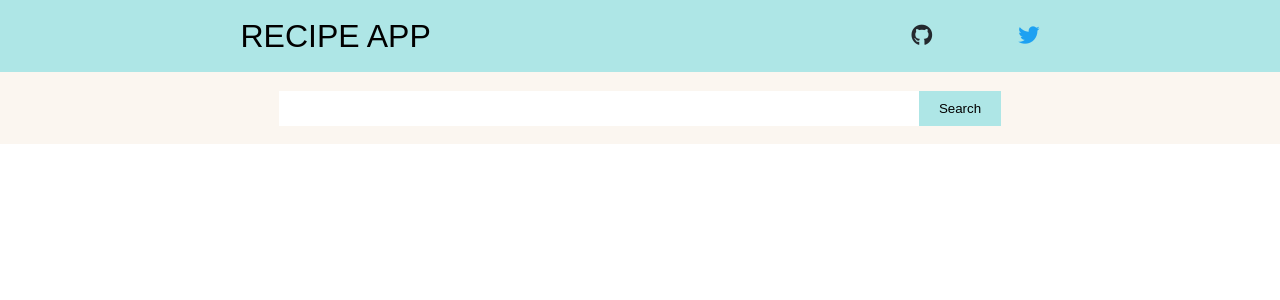
Repository: nilesjamex/recipe-app
Page: /
These files come from the project's save history. The page is drawn as it stood at one moment and after the next save; the edit follows.
The browser window is 1280 px wide. The pictures show the whole page.
The page's requests for data from a server got no answer. The project was rebuilt for these pictures with package versions that can differ from the ones it lists, and the page was loaded fresh each time. No one was signed in, and anything a server would have sent is missing. Also part of the build but not shown: src/components/Recipe.js.

Above is the page before, as saved 2020-11-30 12:27:02.

### public/index.html
<!DOCTYPE html>
<html lang="en">
  <head>
    <meta charset="utf-8" />
    <link rel="icon" href="%PUBLIC_URL%/favicon.ico" />
    <link rel="stylesheet" href="https://use.fontawesome.com/releases/v5.15.1/css/all.css" integrity="sha384-vp86vTRFVJgpjF9jiIGPEEqYqlDwgyBgEF109VFjmqGmIY/Y4HV4d3Gp2irVfcrp" crossorigin="anonymous">
    <meta name="viewport" content="width=device-width, initial-scale=1" />
    <meta name="theme-color" content="#000000" />
    <meta
      name="description"
      content="A Recipe App for searching food recipe contents"
    />
    <link rel="apple-touch-icon" href="%PUBLIC_URL%/logo192.png" />
    <!--
      manifest.json provides metadata used when your web app is installed on a
      user's mobile device or desktop. See https://developers.google.com/web/fundamentals/web-app-manifest/
    -->
    <link rel="manifest" href="%PUBLIC_URL%/manifest.json" />
    <!--
      Notice the use of %PUBLIC_URL% in the tags above.
      It will be replaced with the URL of the `public` folder during the build.
      Only files inside the `public` folder can be referenced from the HTML.

      Unlike "/favicon.ico" or "favicon.ico", "%PUBLIC_URL%/favicon.ico" will
      work correctly both with client-side routing and a non-root public URL.
      Learn how to configure a non-root public URL by running `npm run build`.
    -->
    <title>Recipe App</title>
  </head>
  <body>
    <noscript>You need to enable JavaScript to run this app.</noscript>
    <div id="root"></div>
    <!--
      This HTML file is a template.
      If you open it directly in the browser, you will see an empty page.

      You can add webfonts, meta tags, or analytics to this file.
      The build step will place the bundled scripts into the <body> tag.

      To begin the development, run `npm start` or `yarn start`.
      To create a production bundle, use `npm run build` or `yarn build`.
    -->
  </body>
</html>

### src/App.js
import React, {useEffect, useState} from 'react';
import Recipe from './components/Recipe'
import Nav from './components/Nav'
import './App.css';

const App = () => {

  // const APP_ID = '1ba037a8';
  // const APP_KEY = '6b127dd3105d2cbc085e9845219991e3';

  const [ recipes, setRecipes] = useState([]);
  const [ search, setSearch ] = useState('');
  const [ query, setQuery ] = useState('chicken')


  useEffect( () => {
    getRecipes();
  }, [query]);


  const cors = "https://cors-anywhere.herokuapp.com/"

  const getRecipes = async () => {
    const response = await fetch(`${cors}https://api.edamam.com/search?q=${query}&app_id=${process.env.REACT_APP_APP_ID}&app_key=${process.env.REACT_APP_APP_KEY}`);
    const data = await response.json();
    setRecipes(data.hits);
  };

  const updateSearch = e => {
    setSearch(e.target.value);
  };

  const getSearch = e => {
    e.preventDefault();
    setQuery(search);
    setSearch('');
  }



return(
  <div className='App'>
    <Nav />
  <form onSubmit={getSearch} className="search-form">
    <input className="search-bar" type="text" value={search} onChange={updateSearch}/>
    <button className="search-button" type="submit">Search</button>
  </form>
  <div className="recipes">
  {recipes.map(recipe => (
   <Recipe
   key={recipe.recipe.label}
   title={recipe.recipe.label}
    calories={recipe.recipe.calories}
   image={recipe.recipe.image}
   ingredients={recipe.recipe.ingredients}
   />
  ))}
  </div>
  </div>
);
}

export default App;

### src/components/Nav.js
import React from 'react';

const Nav = () => {
return (
<nav className="nav">
      <div className="nav-text">
          RECIPE APP
      </div>
      <ul className="ul">
          <li className="li">
            <a className="a" href="https://github.com/nilesjamex/githubprofilefinder"><i className="fab fa-lg fa-github" style={{color: "#24292E"}}></i> </a>
          </li>
          <li className="li">
              <a className="a" href="https://twitter.com/niles_jamex"><i className="fab fa-lg fa-twitter" style={{color: "#1DA1F2"}}></i></a>
          </li>
      </ul>

  </nav>

)

}

export default Nav;

### src/App.css
*{
  margin: 0;
  padding: 0;
  box-sizing: border-box;
}
.App {
  text-align: center;
  min-height: 10vh;
  background-color: #fbf6f0;
}

.search-form{
  min-height: 10vh;
  display: flex;
  justify-content: center;
  align-items: center;
  background-color: #fbf6f0;
}

.search-bar{
  width: 50%;
  border: none;
  padding: 10px;
}

.search-button{
  background: #aee6e6;
  border: none;
  padding: 10px 20px;
  color: black;
}

.recipes{
  display: flex;
  justify-content: space-around;
  flex-wrap: wrap;
}

.recipe{
  border-radius: 10px;
  box-shadow: 0px 5px 20px #fbf6f0;
  margin-top: 1 0px;
  display: flex;
  flex-direction: column;
  justify-content: space-around;
  background: #fbf6f0;
  align-items: center;
  width: 80%;
}

/* NAV */

.nav{
  min-height: 10vh;
  background-color: #aee6e6;
  display: flex;
  justify-content: space-around;
  align-items: center;
}
.a{
  text-decoration: none;
  color: white;
}
.ul{
  display: flex;
  justify-content: space-between;
  width: 10%;
}
.li{
  list-style: none;
}
.nav-text{
  font-family: 'Anton', sans-serif;
  pointer-events: none;
  font-size: 2rem;
}

Loaded but not shown: src/index.js (common file); src/index.css (common file); src/reportWebVitals.js (common file)

After the next save:
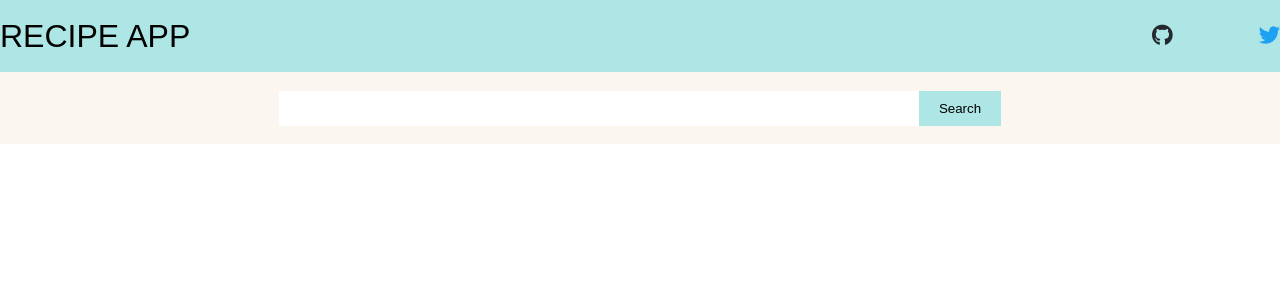
Saved 117 s later.
--- a/src/App.css
+++ b/src/App.css
@@ -54,7 +54,7 @@
   min-height: 10vh;
   background-color: #aee6e6;
   display: flex;
-  justify-content: space-around;
+  justify-content: space-between;
   align-items: center;
 }
 .a{
